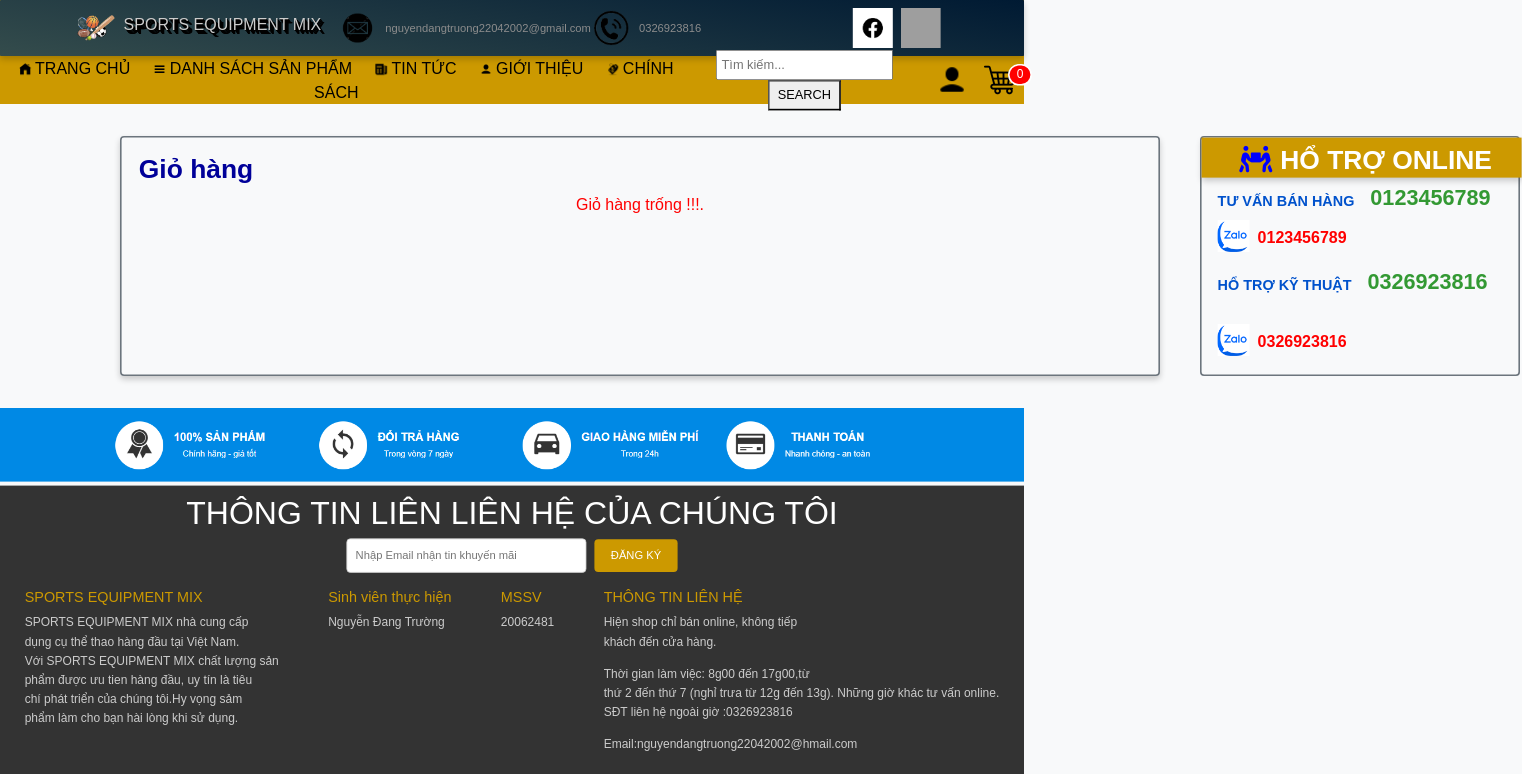
Repository: nguyendangtruong220420002/WWW-BanDungCuThietBiTheThao
Page: http://localhost/WebBanDungCuTheThao/Cart.jsp
An editor plug-in stored every save of this project. The page is shown before and after the next save, followed by the edit.
The browser window is 1280 px wide. The page is 1902 px wide, so the pictures cover 1902 px, including what lies to the right of the window. The pictures show the whole page, at 80% of full size.
Pictures or frames that could not be fetched are drawn as grey boxes. The page is served by Tomcat 10. The template is opened directly, without the code that normally fills it, so the values that code supplies are empty.

Above is the page before, as saved 2024-07-23 11:00:03.

After the next save:
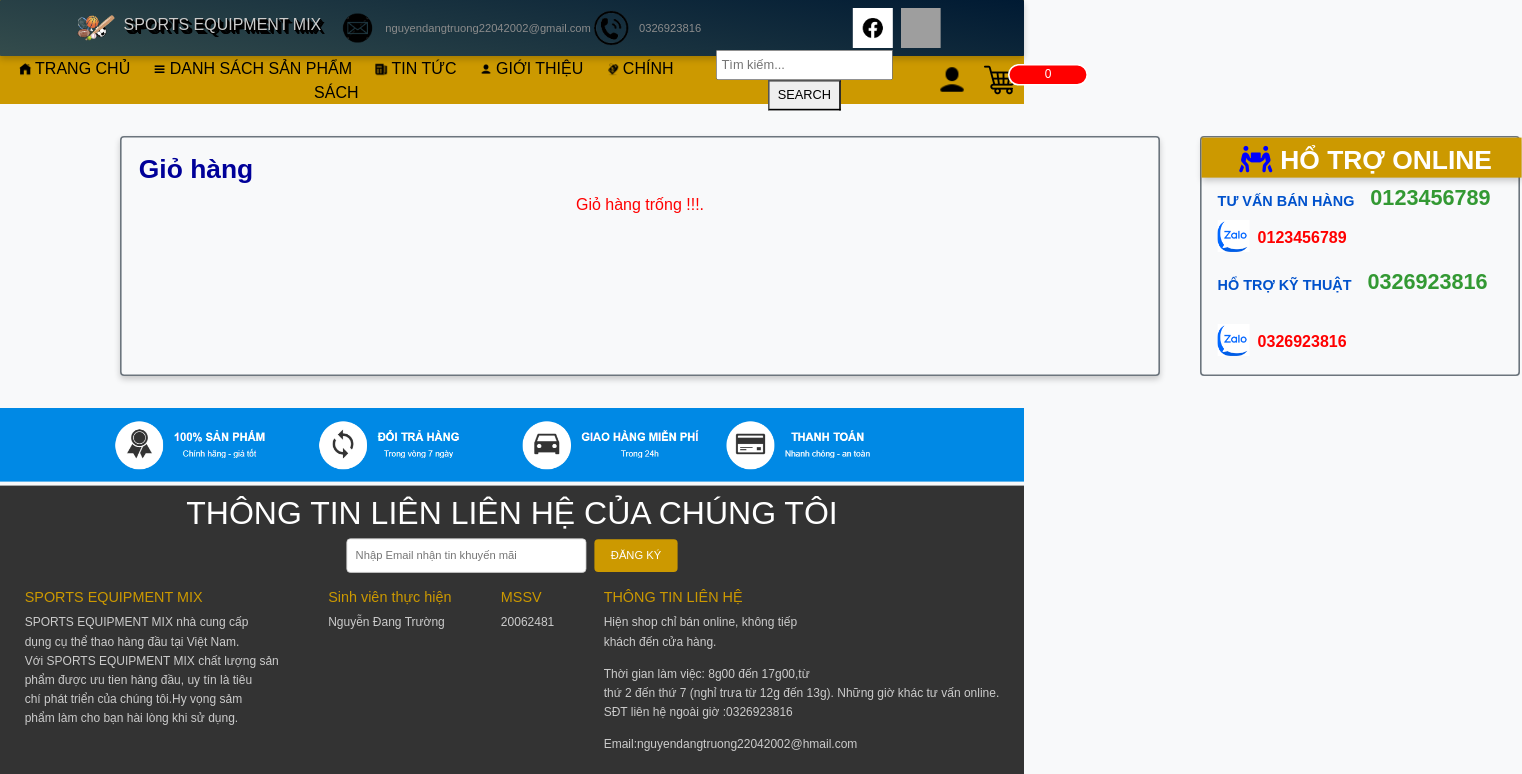
Saved 9 s later.
--- a/WebBanDungCuTheThao/src/main/webapp/Cart.jsp
+++ b/WebBanDungCuTheThao/src/main/webapp/Cart.jsp
@@ -392,7 +392,7 @@ footer form button {
 							<a href="Cart.jsp"><img alt="" src="IMG/cart.png"
 									style="height: 40px; width: 40px;"> </a>
 									<div style="border-radius: 15px; border: 2px solid #ffffff; position: absolute; margin-left: 30px;
-									background-color: red; width: 30px; height: auto ; max-width:auto; text-align: center; color: white; font-size: 15px
+									background-color: red; width: 100px; height: auto ; max-width:auto; text-align: center; color: white; font-size: 15px
 									">${fn:length(cart.carts)}</div>
 							</div>
 							</li>
